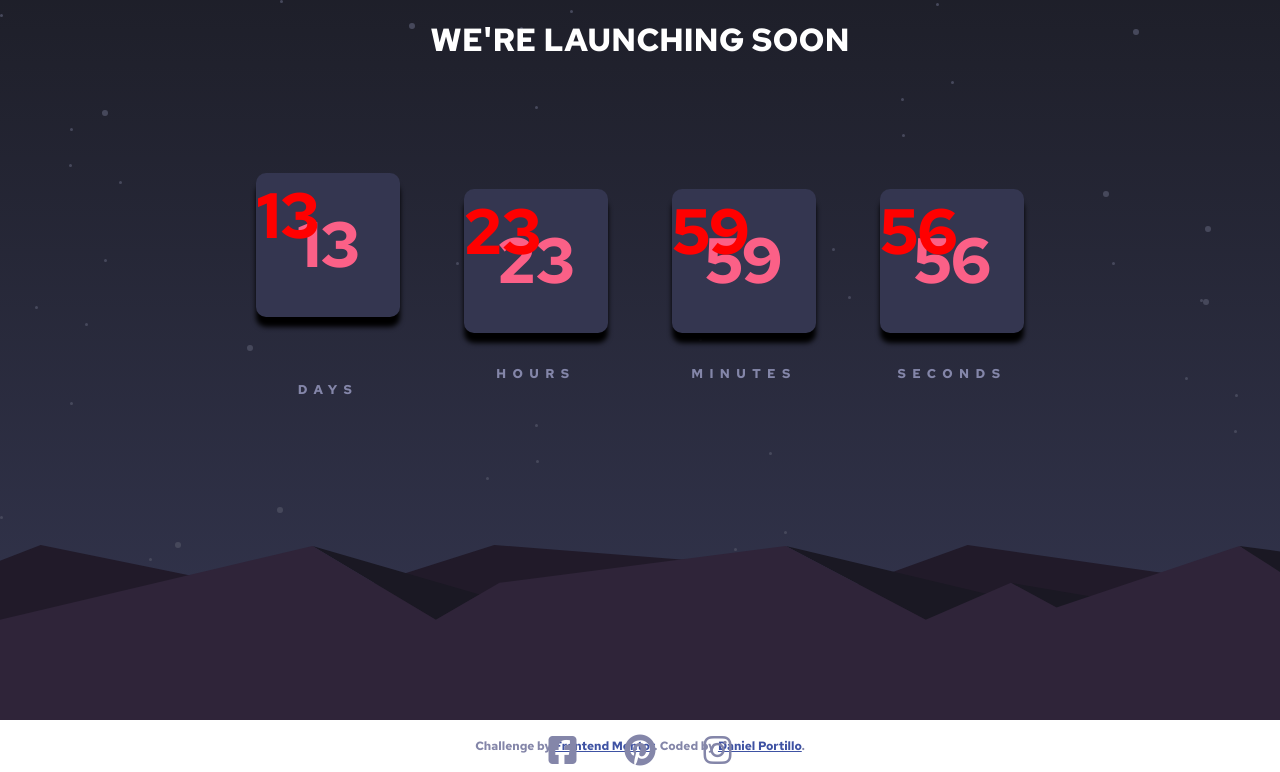
Repository: dportillo23/launch-countdown-timer-main
Page: index.html
These files come from the project's save history. The page is drawn as it stood at one moment and after the next save; the edit follows.
The browser window is 1280 px wide. The pictures show the whole page.
Some web libraries are served in a nearby version. The style sheet was rebuilt from its Sass, Less or Tailwind sources for each picture, by a compiler version that may differ from the author's.

Above is the page before, as saved 2021-07-02 10:00:55.

After the next save:
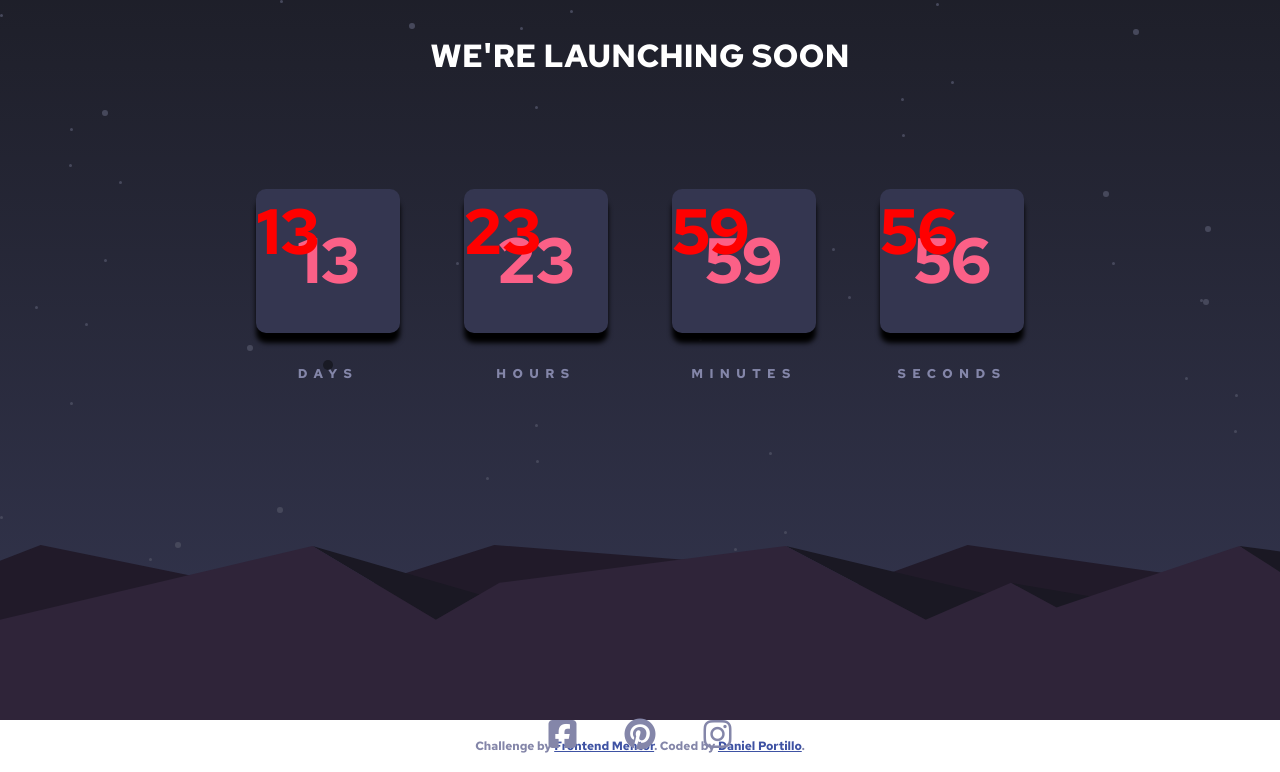
Saved 33 s later.
--- a/style.scss
+++ b/style.scss
@@ -97,18 +97,20 @@ body {
     //     align-items: center;
     // }
 
-    .circle {
-        height: 10px;
-        width: 10px;
-        border-radius: 50%;
-        background-color: $col-darker;
-        position: absolute;
-        z-index: 2;
-        top: 50%;
 
-        &.left {
-            left: -5px;
-        }
+}
+
+.circle {
+    height: 10px;
+    width: 10px;
+    border-radius: 50%;
+    background-color: $col-darker;
+    position: absolute;
+    z-index: 2;
+    top: 50%;
+
+    &.left {
+        left: -5px;
     }
 }
 
